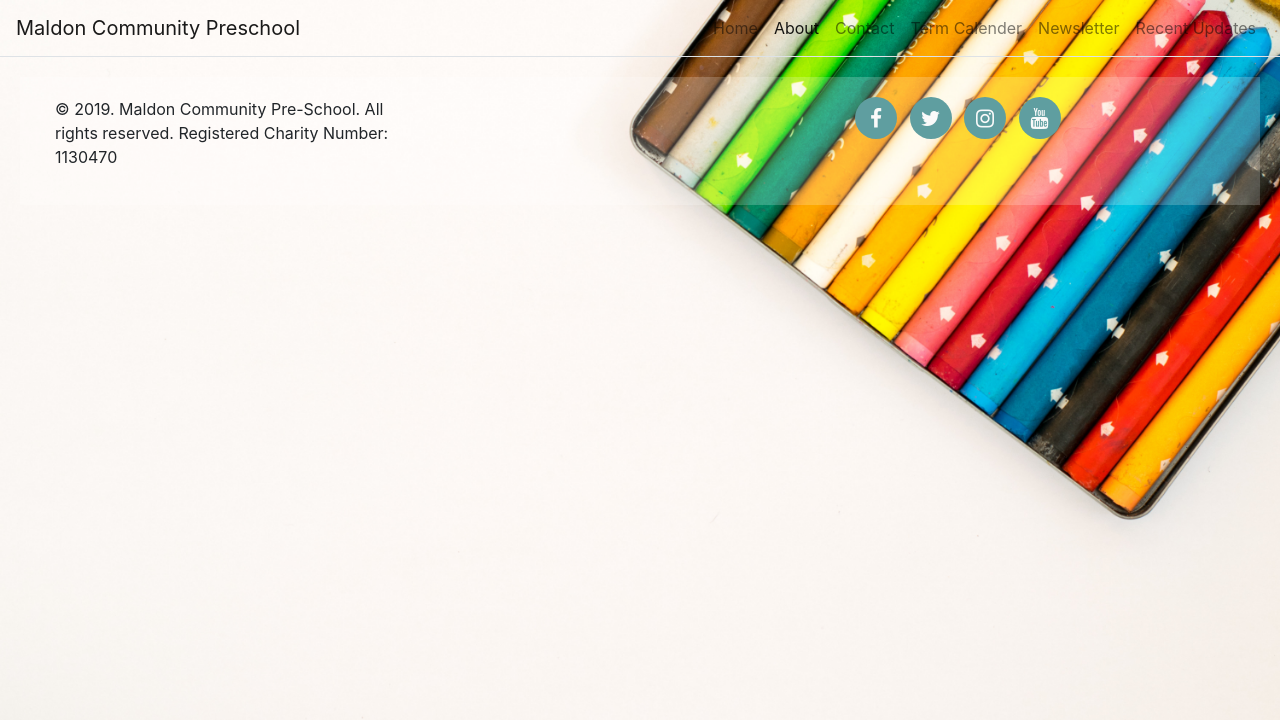
Repository: parkslee/milestone_1
Page: updates.html
The author's editor kept a record of every edit. The page is drawn from the files as they stood at one moment, then again after the next edit.
The browser window is 1280 px wide. The pictures show the whole page.
Some web libraries are served in a nearby version.

Above is the page before.

### updates.html
<!DOCTYPE html>
<html lang="en">

<head>
    <meta charset="UTF-8">
    <meta name="viewport" content="width=device-width, initial-scale=1.0">
    <meta http-equiv="X-UA-Compatible" content="ie=edge">
    <link rel="stylesheet" href="https://maxcdn.bootstrapcdn.com/bootstrap/4.2.1/css/bootstrap.min.css"
        type="text/css" />
    <link rel="stylesheet" href="https://maxcdn.bootstrapcdn.com/font-awesome/4.7.0/css/font-awesome.min.css"
        type="text/css" />
    <link rel="stylesheet" href="https://cdnjs.cloudflare.com/ajax/libs/hover.css/2.1.1/css/hover-min.css"
        type="text/css" />
    <link rel="stylesheet" href="assets\css\style.css">
    <title>About</title>
</head>

<body class="about-image">

    <header>
        <!----------------------------------------------------------------navigation-->
        <!-------------------added border bottom for a dividing line under nav---------->

        <div class="container-fullwidth">
            <nav class="navbar navbar-expand-lg navbar-light bg-light border-bottom">
                <a class="navbar-brand" href="./index.html">Maldon Community Preschool</a>
                <button class="navbar-toggler" type="button" data-toggle="collapse" data-target="#navbarNav"
                    aria-controls="navbarNav" aria-expanded="false" aria-label="Toggle navigation">
                    <span class="navbar-toggler-icon"></span>
                </button>
                <div class="collapse navbar-collapse" id="navbarNav">
                    <ul class="navbar-nav text-center ml-auto">
                        <li class="nav-item">

                            <a class="nav-link" href="./index.html">Home </a>
                        </li>
                        <li class="nav-item">
                            <a class="nav-link active" href="./about.html">About<span
                                    class="sr-only">(current)</span></a>
                        </li>
                        <li class="nav-item">
                            <a class="nav-link" href="./Contact.html">Contact</a>
                        </li>
                        <li class="nav-item">
                            <a class="nav-link" href="./calender.html">Term Calender</a>
                        </li>
                        <li class="nav-item">
                            <a class="nav-link" href="./newsletter.html">Newsletter</a>
                        </li>
                        <li class="nav-item">
                            <a class="nav-link" href="./updates.html">Recent Updates</a>
                        </li>
                    </ul>
                </div>
            </nav>
        </div>
    </header>






   <!---------------------------first footer only displayed on desktop view--------------->
    <!------https://medium.com/wdstack/bootstrap-4-hidden-visible-dd969a4c5854 tutorial for display properties bootstrap---->

<div class="container-fullwidth">
    <footer class="d-none d-sm-block">



            <div id="footer-details" class="row">
                <div class="col-sm-4">

                    <p class="inline-block charity">
                        © 2019. Maldon Community Pre-School. All rights reserved.
                        Registered Charity Number: 1130470 </p>
                </div>

                <div class="col-sm-4 ml-auto">

                    <ul class="list-inline social-links">
                        <li class="list-inline-item">
                            <a target="_blank" href="#">
                                <i class="fa fa-facebook" aria-hidden="true"></i>
                                <span class="sr-only">Facebook</span>
                            </a>
                        </li>
                        <li class="list-inline-item">
                            <a target="_blank" href="#">
                                <i class="fa fa-twitter" aria-hidden="true"></i>
                                <span class="sr-only">Twitter</span>
                            </a>
                        </li>

                        <li class="list-inline-item">
                            <a target="_blank" href="#">
                                <i class="fa fa-instagram" aria-hidden="true"></i>
                                <span class="sr-only">Instagram</span>
                            </a>
                        </li>
                        <li class="list-inline-item">
                            <a target="_blank" href="#">
                                <i class="fa fa-youtube" aria-hidden="true"></i>
                                <span class="sr-only">YouTube</span>
                            </a>
                        </li>
                    </ul>
                </div>
            </div>



        </div>
    </footer>

    <!----second footer for mobile view (charity number hidden as to cluttered on mobile view)  -->
    <!------https://medium.com/wdstack/bootstrap-4-hidden-visible-dd969a4c5854 tutorial for display properties bootstrap---->
    <footer class="d-md-none">



        <div id="footer-mobile">





            <ul class="list-inline social-links">
                <li class="list-inline-item">
                    <a target="_blank" href="#">
                        <i class="fa fa-facebook" aria-hidden="true"></i>
                        <span class="sr-only">Facebook</span>
                    </a>
                </li>



                <li class="list-inline-item">
                    <a target="_blank" href="#">
                        <i class="fa fa-instagram" aria-hidden="true"></i>
                        <span class="sr-only">Instagram</span>
                    </a>
                </li>
                <li class="list-inline-item">
                    <a target="_blank" href="#">
                        <i class="fa fa-youtube" aria-hidden="true"></i>
                        <span class="sr-only">YouTube</span>
                    </a>
                </li>
            </ul>

        </div>




    </footer>


    <script src="https://code.jquery.com/jquery-3.3.1.slim.min.js"
        integrity="sha384-q8i/X+965DzO0rT7abK41JStQIAqVgRVzpbzo5smXKp4YfRvH+8abtTE1Pi6jizo"
        crossorigin="anonymous"></script>
    <script src="https://cdnjs.cloudflare.com/ajax/libs/popper.js/1.14.7/umd/popper.min.js"
        integrity="sha384-UO2eT0CpHqdSJQ6hJty5KVphtPhzWj9WO1clHTMGa3JDZwrnQq4sF86dIHNDz0W1"
        crossorigin="anonymous"></script>
    <script src="https://stackpath.bootstrapcdn.com/bootstrap/4.3.1/js/bootstrap.min.js"
        integrity="sha384-JjSmVgyd0p3pXB1rRibZUAYoIIy6OrQ6VrjIEaFf/nJGzIxFDsf4x0xIM+B07jRM"
        crossorigin="anonymous"></script>
</body>

</html>

### assets/css/style.css
/*----------index---------*/

.bgimage {
    background-image: url(../images/home-bg.jpg);
    background-size: cover;

    height: 100vh;
    background-repeat: no-repeat;
}

.bg-light {
    background-color: rgb(255, 255, 255, 0.0) !important;
}

.jumbotron {
    margin: 5% 5%;
    box-shadow: 10px 10px rgb(95, 158, 160, 0.5);
    background-color: rgb(255, 240, 245, 0.8);
}

.row {
    margin: 20px;
}

.btn-primary {
    color: #fafafa;
    background-color: #866ecd;
    border-color: #866ccd;
}

.newsletter {
    background-color:rgb(255, 255, 255, 0.5);
    position: relative;
    color: #f1efef;

}
.newsletter h1{
    text-align: center;
}

.updates-index {
    background-color: rgb(95, 158, 160,0.5);
    color:#f1efef;
}

.updates-content h1{
    text-align: center;
}

.social-links {
    padding-bottom: 0px;
}

.social-links li a i {
    width: 42px;
    height: 42px;
    padding: 12px 0;
    border-radius: 50%;
    font-size: 21px;
    line-height: 19px;
    text-align: center;
    color: #fafafa;
    background: cadetblue;
    transition: all 0.35s ease-in-out;
    -moz-transition: all 0.35s ease-in-out;
    -webkit-transition: all 0.35s ease-in-out;
    -o-transition: all 0.35s ease-in-out;
}

.social-links li a i:hover {
    background: #e84610;
}

#footer-details {
    padding: 20px;
    background-color: rgb(255, 255, 255, 0.2);
    position: relative;
    left: 0;
    bottom: 0;
}

#footer-mobile {
    padding: 20px;
    background-color: rgb(255, 255, 255, 0.0);
    width: 100%;
    text-align: center;
}

/*----contact page----*/

.contact-image {
    background-image: url(../images/contact-bg.jpg);
    background-size: cover;
    height: 100%;
    background-repeat: no-repeat;
}

form{
    margin: 20px;
}

.form-control{
    background-color: rgb(255, 240, 245,0.8);
}

.contact-btn{
    background-color: cadetblue;
    border-color: cadetblue;
}

/*---- About---*/
.about-image{
    background-image: url(../images/about-bg.jpg);
    background-size: cover;
    height: 100vh;
    background-repeat: no-repeat;
    background-position: 55%;

}

.about-content{
    text-align: center;

}

/*----calender---*/
.calender-image{
    background-color: #866ccd;
}

/*----------------------time line------------*/
.timeline {
    list-style: none;
    padding: 20px 0 20px;
    position: relative;
}

    .timeline:before {
        top: 0;
        bottom: 0;
        position: absolute;
        content: " ";
        width: 3px;
        background-color: #eeeeee;
        left: 50%;
        margin-left: -1.5px;
    }

    .timeline > li {
        margin-bottom: 20px;
        position: relative;
    }

        .timeline > li:before,
        .timeline > li:after {
            content: " ";
            display: table;
        }

        .timeline > li:after {
            clear: both;
        }

        .timeline > li:before,
        .timeline > li:after {
            content: " ";
            display: table;
        }

        .timeline > li:after {
            clear: both;
        }

        .timeline > li > .timeline-panel {
            width: 46%;
            float: left;
            border: 1px solid #d4d4d4;
            border-radius: 2px;
            padding: 20px;
            position: relative;
            -webkit-box-shadow: 0 1px 6px rgba(0, 0, 0, 0.175);
            box-shadow: 0 1px 6px rgba(0, 0, 0, 0.175);
        }

            .timeline > li > .timeline-panel:before {
                position: absolute;
                top: 26px;
                right: -15px;
                display: inline-block;
                border-top: 15px solid transparent;
                border-left: 15px solid #ccc;
                border-right: 0 solid #ccc;
                border-bottom: 15px solid transparent;
                content: " ";
            }

            .timeline > li > .timeline-panel:after {
                position: absolute;
                top: 27px;
                right: -14px;
                display: inline-block;
                border-top: 14px solid transparent;
                border-left: 14px solid #fff;
                border-right: 0 solid #fff;
                border-bottom: 14px solid transparent;
                content: " ";
            }

        .timeline > li > .timeline-badge {
            color: #fff;
            width: 50px;
            height: 50px;
            line-height: 50px;
            font-size: 1.4em;
            text-align: center;
            position: absolute;
            top: 16px;
            left: 50%;
            margin-left: -25px;
            background-color: #999999;
            z-index: 100;
            border-top-right-radius: 50%;
            border-top-left-radius: 50%;
            border-bottom-right-radius: 50%;
            border-bottom-left-radius: 50%;
        }

        .timeline > li.timeline-inverted > .timeline-panel {
            float: right;
        }

            .timeline > li.timeline-inverted > .timeline-panel:before {
                border-left-width: 0;
                border-right-width: 15px;
                left: -15px;
                right: auto;
            }

            .timeline > li.timeline-inverted > .timeline-panel:after {
                border-left-width: 0;
                border-right-width: 14px;
                left: -14px;
                right: auto;
            }

.timeline-badge.primary {
    background-color: #2e6da4 !important;
}

.timeline-badge.success {
    background-color: #3f903f !important;
}

.timeline-badge.warning {
    background-color: #f0ad4e !important;
}

.timeline-badge.danger {
    background-color: #d9534f !important;
}

.timeline-badge.info {
    background-color: #5bc0de !important;
}

.timeline-title {
    margin-top: 0;
    color: inherit;
}

.timeline-body > p,
.timeline-body > ul {
    margin-bottom: 0;
}

    .timeline-body > p + p {
        margin-top: 5px;
    }

@media (max-width: 767px) {
    ul.timeline:before {
        left: 40px;
    }

    ul.timeline > li > .timeline-panel {
        width: calc(100% - 90px);
        width: -moz-calc(100% - 90px);
        width: -webkit-calc(100% - 90px);
    }

    ul.timeline > li > .timeline-badge {
        left: 15px;
        margin-left: 0;
        top: 16px;
    }

    ul.timeline > li > .timeline-panel {
        float: right;
    }

        ul.timeline > li > .timeline-panel:before {
            border-left-width: 0;
            border-right-width: 15px;
            left: -15px;
            right: auto;
        }

        ul.timeline > li > .timeline-panel:after {
            border-left-width: 0;
            border-right-width: 14px;
            left: -14px;
            right: auto;
        }
}

/*----newsletter---*/
.newsletter-image{
    background-image: url(../images/newsletter-bg.jpg);
    background-size: cover;
    height: 100%;
    background-repeat: no-repeat;
    background-position: 75%;
}



.newsletter-content{
    color:#fafafa;
}

.newsletter-content h1{
    text-align: center;
}


/*----updates---*/
.updates-image{
    background-image: url(../images/updates-bg.jpg);
    background-size: cover;
    height: 100%;
    background-repeat: no-repeat;
    background-position: 50%;
}

.updates{
    color: #fafafa;
}

.update-nav {
    background-color: rgb(235, 232, 232) !important;
}
/*---- media---*/

@media only screen and (min-width: 768px) {
    .bgimage {
        height: 100%;

    }

    .footer-details {
        position: absolute;
    }

    /*---contact page----*/
    form{
        margin: 50px;
    }

    .contact-image {
        height: 100%;

    }

}

After the next edit:
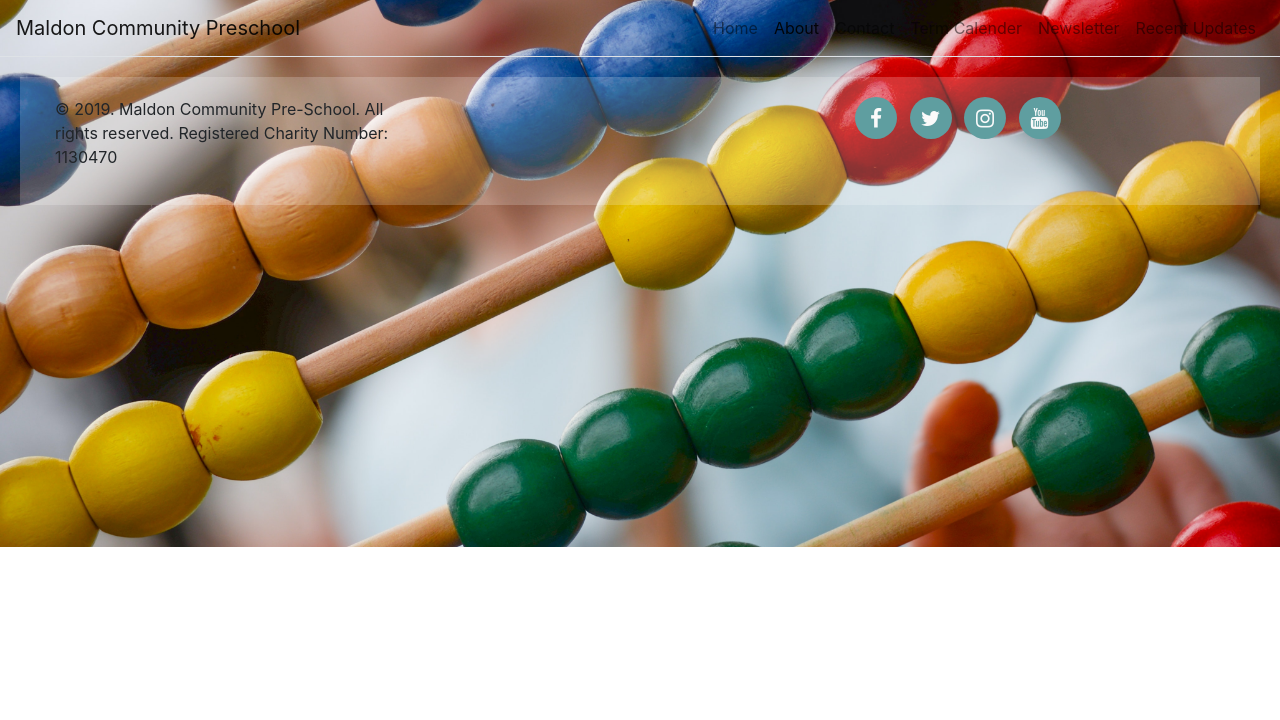
The edit:
--- a/updates.html
+++ b/updates.html
@@ -15,7 +15,7 @@
     <title>About</title>
 </head>
 
-<body class="about-image">
+<body class="updates-image">
 
     <header>
         <!----------------------------------------------------------------navigation-->
